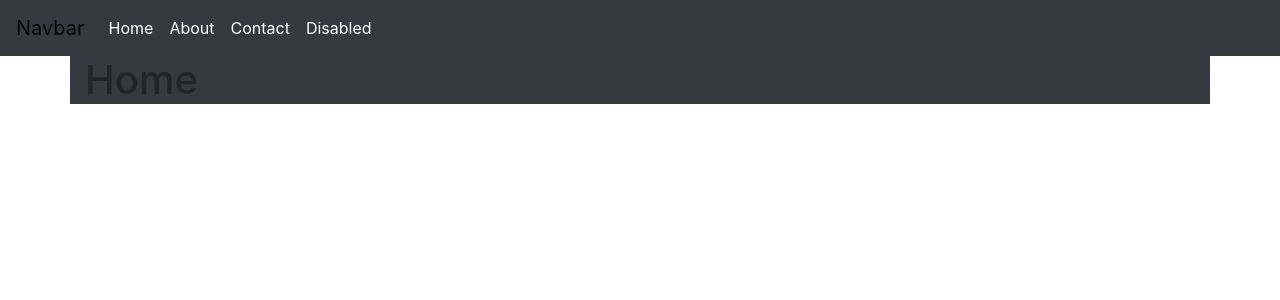
Repository: syawal2kalii/parsinta_clone_model
Page: http://localhost/home
An editor plug-in stored every save of this project. The page is shown before and after the next save, followed by the edit.
The browser window is 1280 px wide. The pictures show the whole page.
The page is served by the project's Laravel application, run on PHP 8.4 with Laravel 8. Other server files are loaded and not shown.

Above is the page before, as saved 2019-12-26 15:16:18.

### routes/web.php
<?php

/*
|--------------------------------------------------------------------------
| Web Routes
|--------------------------------------------------------------------------
|
| Here is where you can register web routes for your application. These
| routes are loaded by the RouteServiceProvider within a group which
| contains the "web" middleware group. Now create something great!
|
*/

Route::get('/', function () {
    return view('welcome');
});

Route::get('/home', function () {
    return view('home');
});

Route::get('/about', function () {
    return view('about');
});

Route::get('/contact', function () {
    return view('contack');
});

### resources/views/home.blade.php
@extends('layout.master')
@section('title')
    home
@endsection
@section('content')
    <div class="container bg-dark">
        <h1>Home</h1>
    </div>
@endsection

### resources/views/layout/master.blade.php
<!DOCTYPE html>
<html lang="en">
<head>
    <meta charset="UTF-8">
    <meta name="viewport" content="width=device-width, initial-scale=1.0">
    <meta http-equiv="X-UA-Compatible" content="ie=edge">
    <link rel="stylesheet" href="https://stackpath.bootstrapcdn.com/bootstrap/4.4.1/css/bootstrap.min.css" integrity="sha384-Vkoo8x4CGsO3+Hhxv8T/Q5PaXtkKtu6ug5TOeNV6gBiFeWPGFN9MuhOf23Q9Ifjh" crossorigin="anonymous">
    <title>@yield('title')</title>
</head>
<body>
   @include('layout.navigation')
   @yield('content')



   <script src="https://code.jquery.com/jquery-3.4.1.slim.min.js" integrity="sha384-J6qa4849blE2+poT4WnyKhv5vZF5SrPo0iEjwBvKU7imGFAV0wwj1yYfoRSJoZ+n" crossorigin="anonymous"></script>
   <script src="https://cdn.jsdelivr.net/npm/popper.js@1.16.0/dist/umd/popper.min.js" integrity="sha384-Q6E9RHvbIyZFJoft+2mJbHaEWldlvI9IOYy5n3zV9zzTtmI3UksdQRVvoxMfooAo" crossorigin="anonymous"></script>
   <script src="https://stackpath.bootstrapcdn.com/bootstrap/4.4.1/js/bootstrap.min.js" integrity="sha384-wfSDF2E50Y2D1uUdj0O3uMBJnjuUD4Ih7YwaYd1iqfktj0Uod8GCExl3Og8ifwB6" crossorigin="anonymous"></script>
</body>
</html>

### resources/views/layout/navigation.blade.php
<nav class="navbar navbar-expand-lg navbar-light bg-dark">
        <a class="navbar-brand" href="#">Navbar</a>
        <button class="navbar-toggler" type="button" data-toggle="collapse" data-target="#navbarNavAltMarkup" aria-controls="navbarNavAltMarkup" aria-expanded="false" aria-label="Toggle navigation">
          <span class="navbar-toggler-icon"></span>
        </button>
        <div class="collapse navbar-collapse" id="navbarNavAltMarkup">
          <div class="navbar-nav">
            <a class="nav-item nav-link active text-white" href="/home">Home <span class="sr-only">(current)</span></a>
            <a class="nav-item nav-link text-white" href="/about">About</a>
            <a class="nav-item nav-link text-white" href="/contact">Contact</a>
            <a class="nav-item nav-link text-white disabled" href="#" tabindex="-1" aria-disabled="true">Disabled</a>
          </div>
        </div>
</nav>

After the next save:
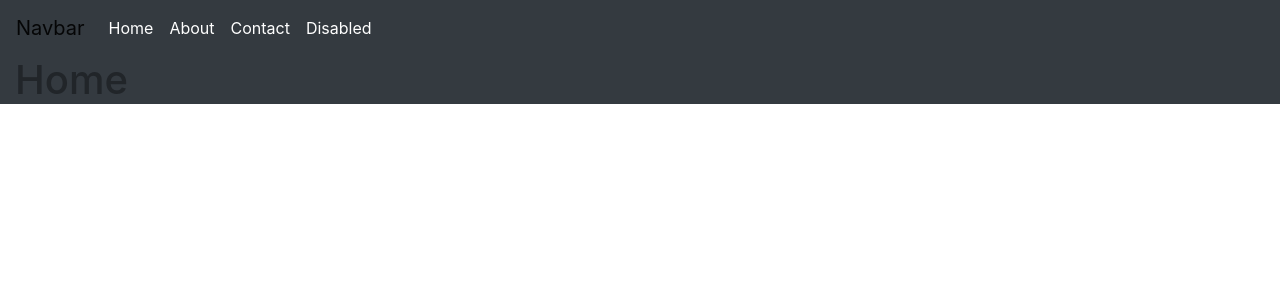
Saved 21 s later.
--- a/resources/views/home.blade.php
+++ b/resources/views/home.blade.php
@@ -3,7 +3,7 @@
     home
 @endsection
 @section('content')
-    <div class="container bg-dark">
+    <div class="container-fluid bg-dark">
         <h1>Home</h1>
     </div>
 @endsection

After the save that followed:
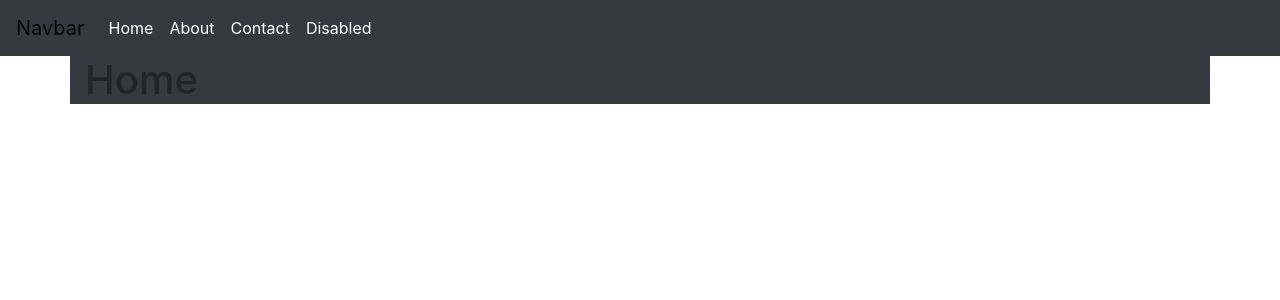
Saved 10 s later.
--- a/resources/views/home.blade.php
+++ b/resources/views/home.blade.php
@@ -3,7 +3,7 @@
     home
 @endsection
 @section('content')
-    <div class="container-fluid bg-dark">
+    <div class="container bg-dark">
         <h1>Home</h1>
     </div>
 @endsection
